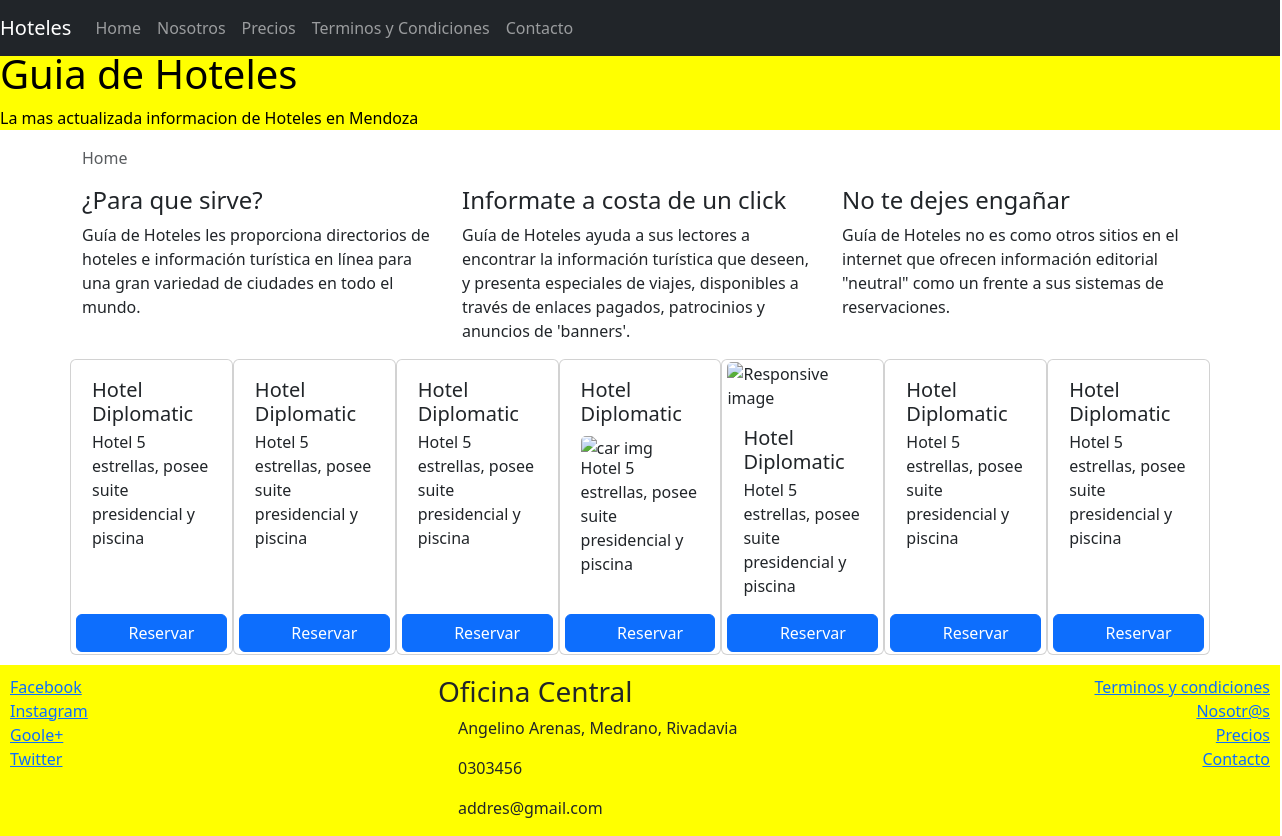
Repository: JulianMoralesSantoni/PaginaHoteles
Page: index.html
An editor plug-in stored every save of this project. The page is shown before and after the next save, followed by the edit.
The browser window is 1280 px wide. The page is 1282 px wide, so the pictures cover 1282 px, including what lies to the right of the window. The pictures show the whole page.
Some web fonts or font styles are not loaded; a fallback is used. Some web libraries are served in a nearby version.

Above is the page before, as saved 2021-04-07 00:03:02.
Not found: images/car.jpg
Not found: images/images-7.jpeg

### index.html
<!doctype html>
<html lang="en">
  <head>
    <!-- Required meta tags -->
    <meta charset="utf-8">
    <meta name="viewport" content="width=device-width, initial-scale=1, shrink-to-fit=no">

    <!-- Bootstrap CSS -->
    <link rel="stylesheet" href="node_modules/bootstrap/dist/css/bootstrap.min.css" >
    <link rel="stylesheet" href="css/main.css" >
    <link rel="stylesheet" href="node_modules/open-iconic/font/css/open-iconic-bootstrap.min.css" >

    <title>Guia de Hoteles</title>
  </head>
  <body>
    <nav class="navbar navbar-expand-md navbar-dark bg-dark fixed-top" >
      <a class="navbar-brand" href="./index.html">Hoteles</a>
      <button class="navbar-toggler" type="button" data-toggle="collapse" data-target="#navbarNav" aria-controls="navbarNav" aria-expanded="false" aria-label="Toggle navigation">
        <span class="navbar-toggler-icon"></span>
      </button>
      <div class="collapse navbar-collapse" id="navbarNav">
        <ul class="navbar-nav">
          <li class="nav-item active">
            <a class="nav-link" href="./index.html">Home </a>
          </li>
          <li class="nav-item">
            <a class="nav-link" href="./about.html">Nosotros</a>
          </li>
          <li class="nav-item">
            <a class="nav-link" href="./Precios.html">Precios</a>
          </li>
          <li class="nav-item">
            <a class="nav-link" href="#">Terminos y Condiciones</a>
          </li>
          <li class="nav-item">
            <a class="nav-link" href="./contacto.html">Contacto</a>
          </li>
        </ul>
      </div>
    </nav>
    <div class="jumbotron">
      <h1>Guia de Hoteles</h1>

      <p>La mas actualizada informacion de Hoteles en Mendoza</p>
    </div>

    <div class="container">
      <nav aria-label="breadcrumb">
        <ol class="breadcrumb">
          <li class="breadcrumb-item active" aria-current="page">Home</li>
        </ol>
      </nav>


       <div class="row">
          <div class="col-sm-4 ">
            <h4>¿Para que sirve?</h4>
                  <p>Guía de Hoteles les proporciona directorios de hoteles e información turística en línea para una gran variedad de ciudades en todo el mundo.</p>
          </div>
          <div class="col-sm-4 ">
            <h4>Informate a costa de un click</h4>
                  <p>Guía de Hoteles ayuda a sus lectores a encontrar la información turística que deseen, y presenta especiales de viajes, disponibles a través de enlaces pagados, patrocinios y anuncios de 'banners'.</p>
          </div>
          <div class="col-sm-4 ">
            <h4>No te dejes engañar</h4>

                  <p>Guía de Hoteles no es como otros sitios en el internet que ofrecen información editorial "neutral" como un frente a sus sistemas de reservaciones.</p>
          </div>



          <div class="card card-hotel d-flex flex-column justify-content-between ml-2">

            <div class="card-body">
                     <h5 class="card-title">Hotel Diplomatic</h5>
                     <h6 class="card-subtitle"></h6>
                      <p class="card-text">Hotel 5 estrellas, posee suite presidencial y piscina</p></div>
                      <div><button class="btn btn-primary  btn-reserva"><span class="oi oi-plus footer-address-icon" ></span>Reservar</button></div>
                    </div>


           <div class="card card-hotel d-flex flex-column justify-content-between ml-2">

              <div class="card-body">
                <h5 class="card-title">Hotel Diplomatic</h5>
                  <h6 class="card-subtitle"></h6>
                      <p class="card-text">Hotel 5 estrellas, posee suite presidencial y piscina</p></div>
                        <div><button class="btn btn-primary  btn-reserva"><span class="oi oi-plus footer-address-icon" ></span>Reservar</button></div>
          </div>

    <div class="card card-hotel d-flex flex-column justify-content-between ml-2">

      <div class="card-body">
               <h5 class="card-title">Hotel Diplomatic</h5>
               <h6 class="card-subtitle"></h6>
                <p class="card-text">Hotel 5 estrellas, posee suite presidencial y piscina</p></div>
                <div><button class="btn btn-primary  btn-reserva"><span class="oi oi-plus footer-address-icon" ></span>Reservar</button></div>
              </div>



     <div class="card card-hotel d-flex flex-column justify-content-between ml-2">

      <div class="card-body">
        <h5 class="card-title">Hotel Diplomatic</h5>
        <img class="card-img-top" src="images/car.jpg" alt="car img">
        <h6 class="card-subtitle"></h6>
            <p class="card-text">Hotel 5 estrellas, posee suite presidencial y piscina</p></div>
              <div><button class="btn btn-primary  btn-reserva"><span class="oi oi-plus footer-address-icon" ></span>Reservar</button></div>
    </div>

    <div class="card card-hotel d-flex flex-column justify-content-between ml-2">
      <img  class="card-img-top" src="images/images-7.jpeg" alt="Responsive image">
      <div class="card-body">
        <h5 class="card-title">Hotel Diplomatic</h5>
          <h6 class="card-subtitle"></h6>
            <p class="card-text">Hotel 5 estrellas, posee suite presidencial y piscina</p></div>
                <div><button class="btn btn-primary  btn-reserva"><span class="oi oi-plus footer-address-icon" ></span>Reservar</button></div>
    </div>

    <div class="card card-hotel d-flex flex-column justify-content-between ml-2">

     <div class="card-body">
        <h5 class="card-title">Hotel Diplomatic</h5>
          <h6 class="card-subtitle"></h6>
            <p class="card-text">Hotel 5 estrellas, posee suite presidencial y piscina</p></div>
              <div><button class="btn btn-primary  btn-reserva"><span class="oi oi-plus footer-address-icon" ></span>Reservar</button></div>
    </div>


  <div class="card card-hotel d-flex flex-column justify-content-between ml-2">

    <div class="card-body">
             <h5 class="card-title">Hotel Diplomatic</h5>
             <h6 class="card-subtitle"></h6>
              <p class="card-text">Hotel 5 estrellas, posee suite presidencial y piscina</p></div>
              <div><button class="btn btn-primary  btn-reserva"><span class="oi oi-plus footer-address-icon" ></span>Reservar</button></div>
   </div>



    </div>
  </div>
</div>

 <footer>
   <div class="row">
     <div class="col-sm-4 d-flex flex-column ">
      <a href="http:www.facebook.com"><span class="iconic iconic-social-facebook iconic-sm" title="social facebook" aria-hidden="true"></span>Facebook</a>
      <a href="http:www.instagram">Instagram</a>
      <a href="http:www.google.com">Goole+</a>
      <a href="http:www.Twitter.com"><span class="iconic iconic-social-twitter iconic-sm" title="social twitter" aria-hidden="true"></span>Twitter</a>
     </div>
   <div class="col-sm-4">
    <address>
      <h3>Oficina Central</h3>
      <p><span class="oi oi-home footer-address-icon" ></span>Angelino Arenas, Medrano, Rivadavia</p>
      <p><span class="oi oi-phone footer-address-icon" > </span>0303456</p>
      <p><span class="oi oi-inbox footer-address-icon" ></span>addres@gmail.com</p>


    </address>
  </div>
  <div class="col-sm-4 d-flex flex-column align-items-end">
     <a href="http:www.facebook.com">Terminos y condiciones</a>
      <a href="http:www.instagram">Nosotr@s</a>
      <a href="http:www.google.com">Precios</a>
      <a href="http:www.Twitter.com">Contacto</a>


  </div>


 </footer>


    <!-- Optional JavaScript -->
    <!-- jQuery first, then Popper.js, then Bootstrap JS -->
 <!--<script src="node_modules/jquery/dist/jquery.min.js" integrity="sha384-DfXdz2htPH0lsSSs5nCTpuj/zy4C+OGpamoFVy38MVBnE+IbbVYUew+OrCXaRkfj" crossorigin="anonymous"></script>
    <script src="node_modules/popper.js/dist/popper.min.js" integrity="sha384-9/reFTGAW83EW2RDu2S0VKaIzap3H66lZH81PoYlFhbGU+6BZp6G7niu735Sk7lN" crossorigin="anonymous"></script>
    <script src="node_modules/bootstrap/dist/js/bootstrap.min.js" integrity="sha384-B4gt1jrGC7Jh4AgTPSdUtOBvfO8shuf57BaghqFfPlYxofvL8/KUEfYiJOMMV+rV" crossorigin="anonymous"></script> -->
    <script src="https://code.jquery.com/jquery-3.5.1.slim.min.js" integrity="sha384-DfXdz2htPH0lsSSs5nCTpuj/zy4C+OGpamoFVy38MVBnE+IbbVYUew+OrCXaRkfj" crossorigin="anonymous"></script>
<script src="https://cdn.jsdelivr.net/npm/bootstrap@4.5.3/dist/js/bootstrap.bundle.min.js" integrity="sha384-ho+j7jyWK8fNQe+A12Hb8AhRq26LrZ/JpcUGGOn+Y7RsweNrtN/tE3MoK7ZeZDyx" crossorigin="anonymous"></script>
  </body>
</html>

### css/main.css
.jumbotron{

	background-color: yellow;
	color:black;
	margin-top: 50px;

}


footer{
	padding: 10px 10px 0 10px;
	background-color: yellow;

	margin-bottom: : 0px;
	margin-top: 10px;

}
.card-hotel{
	flex: 1 150px;
	padding: 2px 5px 2px 5px;

}
.btn-reserva{
	width: 100%;
	position: all;


}
.footer-address-icon{

	padding-right: 20px;
}

After the next save:
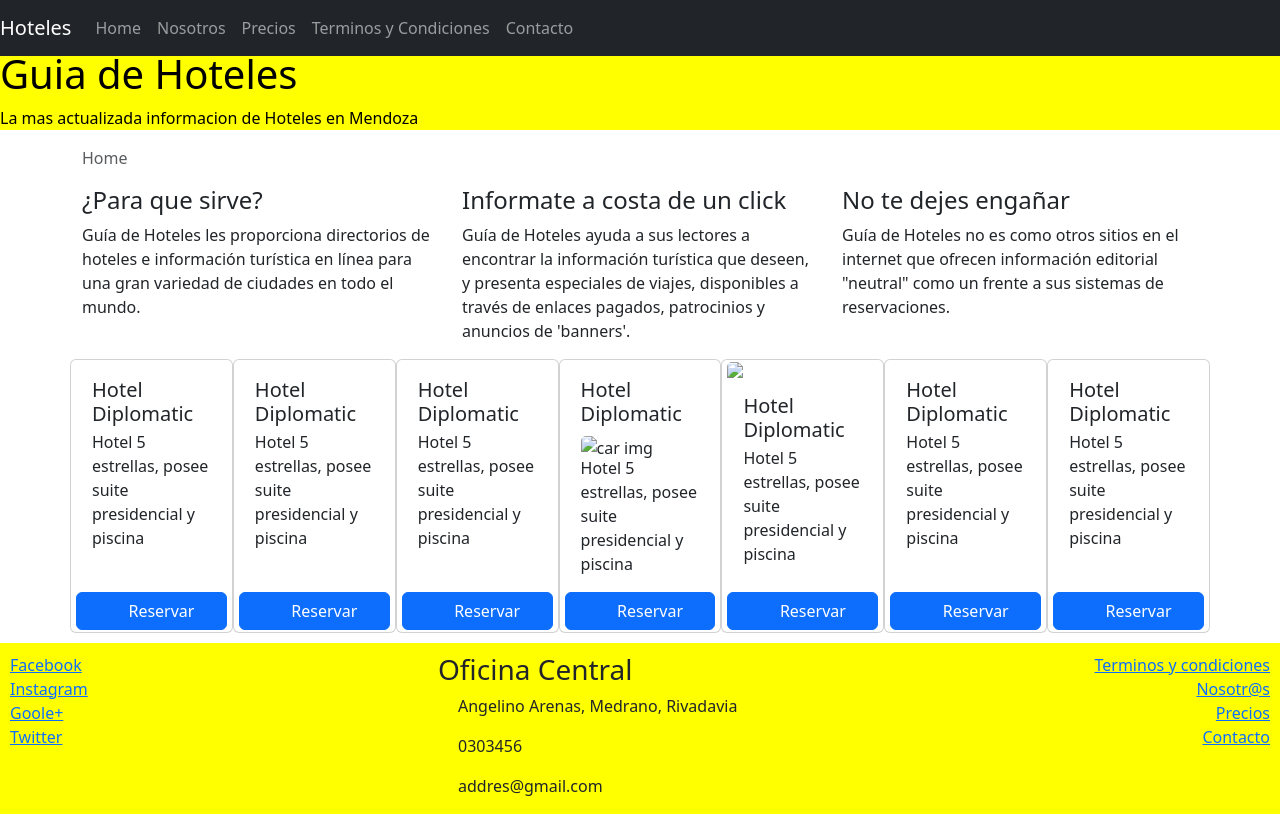
Saved 32 s later.
--- a/index.html
+++ b/index.html
@@ -110,7 +110,7 @@
     </div>
 
     <div class="card card-hotel d-flex flex-column justify-content-between ml-2">
-      <img  class="card-img-top" src="images/images-7.jpeg" alt="Responsive image">
+      <img  class="card-img-top" src="images/images-7.jpeg" >
       <div class="card-body">
         <h5 class="card-title">Hotel Diplomatic</h5>
           <h6 class="card-subtitle"></h6>
